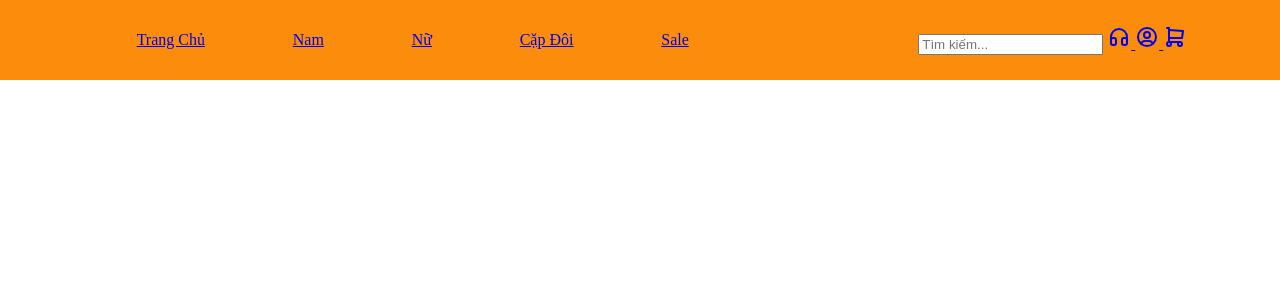
Repository: manhhieu120499/demo_page
Page: nam.html
An editor plug-in stored every save of this project. The page is shown before and after the next save, followed by the edit.
The browser window is 1280 px wide. The pictures show the whole page.

Above is the page before, as saved 2023-03-04 15:49:33.

After the next save:
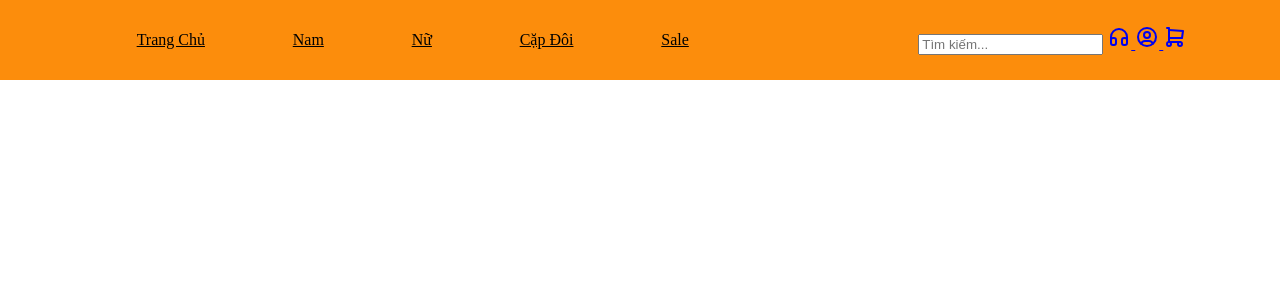
Saved 13 s later.
--- a/style_nam.css
+++ b/style_nam.css
@@ -19,5 +19,6 @@
 }
 
 .header_nav > a {
-    color: ;
+    color: black;
+
 }
